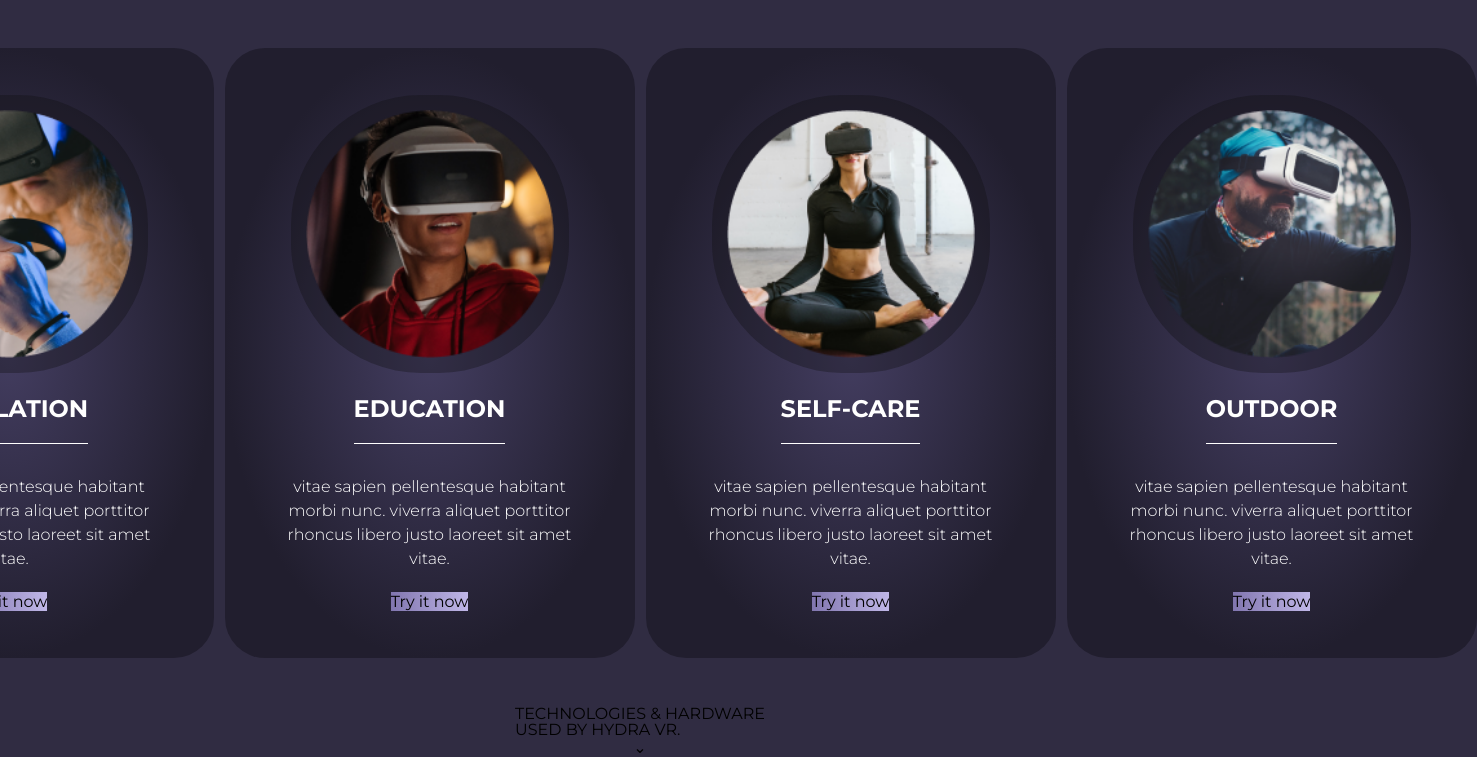
Repository: xMargi/Hydra-LandingPage
Page: index.html
These files come from the project's save history. The page is drawn as it stood at one moment and after the next save; the edit follows.
The browser window is 1280 px wide. The page is 1477 px wide, so the pictures cover 1477 px, including what lies to the right of the window. The pictures show the whole page.

Above is the page before, as saved 2023-06-07 20:35:38.

### index.html
    <!DOCTYPE html>
    <html lang="pt-br">
    <head>
        <meta charset="UTF-8">
        <meta http-equiv="X-UA-Compatible" content="IE=edge">
        <meta name="viewport" content="width=device-width, initial-scale=1.0">
        <title>Hydra - Landing Page</title>
        <link rel="stylesheet" href="./reset.css">
        <link rel="stylesheet" href="./style.css">
    </head>
    <body>
        <div class="cartoes">
            <div class="cartao">
                <img src="./assets/1.png" alt="Mulher jogando em realidade virtual" class="cartao__img">
                <h1 class="cartao__titulo">Simulation</h1>
                <p class="cartao__paragrafo">Vitae sapien pellentesque habitant morbi
                nunc. Viverra aliquet porttitor rhoncus
                libero justo laoreet sit amet vitae.</p>
                <button class="cartao__button">Try it now</button>
            </div>
            <div class="cartao">
                <img src="./assets/2.png" alt="Homem usando um óculos de realidade virtual" class="cartao__img">
                <h1 class="cartao__titulo">Education</h1>
                <p class="cartao__paragrafo">Vitae sapien pellentesque habitant morbi
                nunc. Viverra aliquet porttitor rhoncus
                libero justo laoreet sit amet vitae.</p>
                <button class="cartao__button">Try it now</button>
            </div>
            <div class="cartao">
                <img src="./assets/3.png" alt="Mulher meditando com óculos de realidade virtual" class="cartao__img">
                <h1 class="cartao__titulo">Self-Care</h1>
                <p class="cartao__paragrafo">Vitae sapien pellentesque habitant morbi
                nunc. Viverra aliquet porttitor rhoncus
                libero justo laoreet sit amet vitae.</p>
                <button class="cartao__button">Try it now</button>
            </div>
            <div class="cartao">
                <img src="./assets/4.png" alt="Homem fazendo exercicíos utilizando um óculos de realidade virtual" class="cartao__img">
                <h1 class="cartao__titulo">Outdoor</h1>
                <p class="cartao__paragrafo">Vitae sapien pellentesque habitant morbi
                nunc. Viverra aliquet porttitor rhoncus
                libero justo laoreet sit amet vitae.</p>
                <button class="cartao__button">Try it now</button>
            </div>
        </div>
        <div class="container__imagem">
            <h1 class="imagem__titulo">Technologies & Hardware</h1>
            <p class="imagem__paragrafo">Used by hydra vr.</p>
        </div>
        <button class="botao__baixo">&#8964</button>
        <script src="./script.js"></script>
    </body>
    </html>

### style.css
@import url('https://fonts.googleapis.com/css2?family=Montserrat:wght@300;400;700&display=swap');

:root{

    --fonte: 'Montserrat', sans-serif;
    --cor-fundo: #302C42;
    --cor-cartao: radial-gradient(50% 50% at 50% 50%, #433D60 0%, #211E2E 100%);
    --cor-button: linear-gradient(90deg, #8176AF 0%, #C0B7E8 100%);
    --cor-branca: #FFFFFF;
    --cor-texto: #343045;
    --cor-sombra: rgba(14, 14, 14, 0.32);
    --weight: 400;

}

body{
    box-sizing: border-box;
    background: var(--cor-fundo);
    display: flex;
    align-items: center;
    flex-direction: column;
    font-family: var(--fonte);
    font-weight: var(--weight);
    text-transform: uppercase;

}

.cartoes{
    margin:3rem 5.4375rem;
    display: flex;
    gap: 0.6875rem;

}

.cartao{
    background: var(--cor-cartao);
    display: flex;
    flex-direction: column;
    gap: 1.3125rem;
    align-items: center;
    justify-content: center;
    text-align: center;
    padding: 3.125rem;
    border-radius: 2.5rem;
    height: 31.875rem;
    width: 19.375rem;
}

.cartao__img{
    background: var(--cor-sombra);
    border-radius: 8.125rem;
    padding: 0.9375rem;
    width: 80%;
}

.cartao__titulo{

    color: var(--cor-branca);
    font-weight: 700;
    font-size: 1.5rem;
    line-height: 1.875rem;
    padding-bottom: 1.2188rem;
    border-bottom: 0.0313rem solid var(--cor-branca);
}

.cartao__paragrafo{
    padding-top: 0.625rem;
    text-transform: lowercase;
    line-height: 1.5rem;
    color: var(--cor-branca);
    font-weight: 300;

}

.cartao__button{

    background: var(--cor-button);

}

Loaded but not shown: main/reset.css (common file); script.js (no copy from this time; the picture is the same without it)

After the next save:
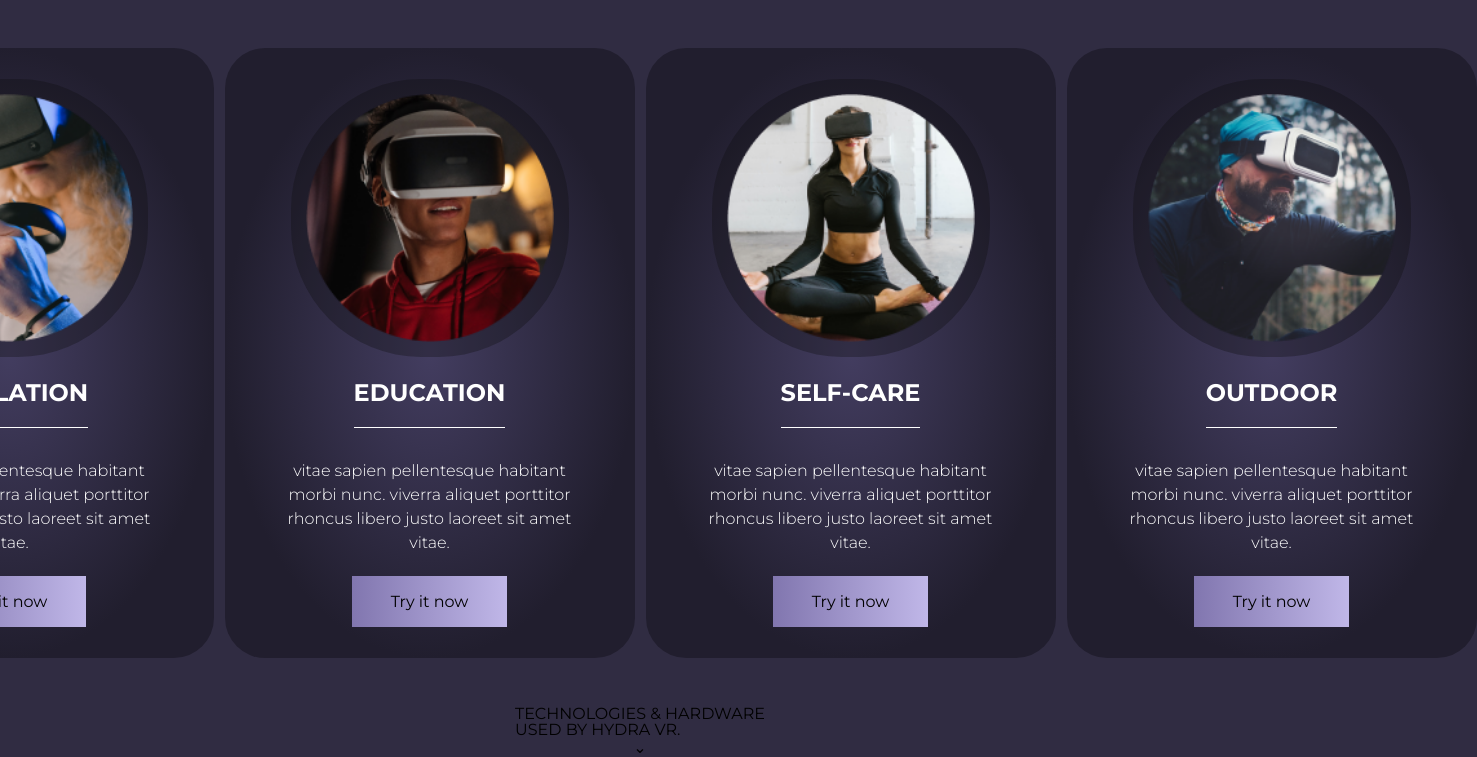
Saved 21 s later.
--- a/style.css
+++ b/style.css
@@ -75,5 +75,6 @@ body{
 .cartao__button{
 
     background: var(--cor-button);
+    padding: 1rem 2.4375rem;
 
 }
